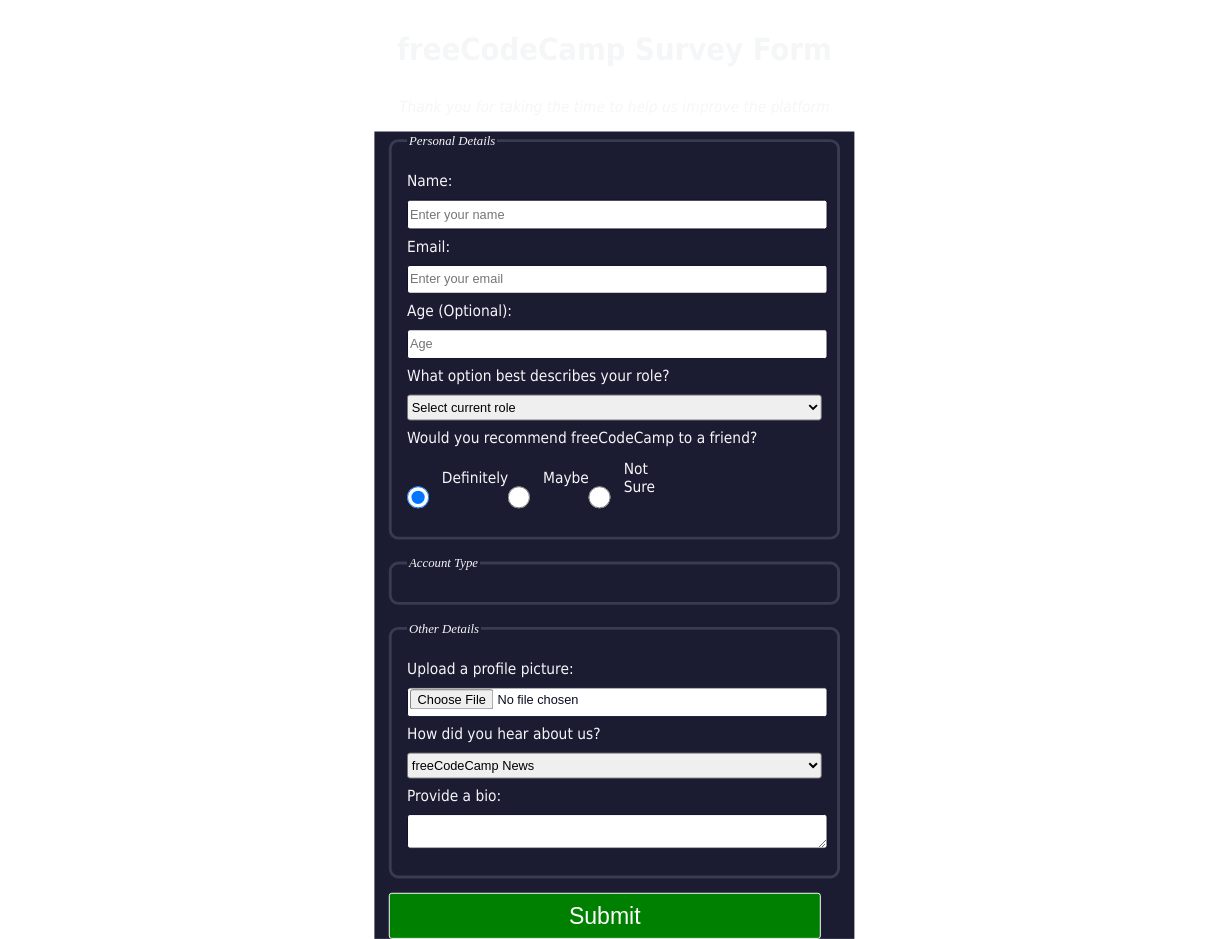
Repository: Lungdjos/survey_form_certification
Page: index.html
These files come from the project's save history. The page is drawn as it stood at one moment and after a run of saves; the edit follows.
The browser window is 1280 px wide. The pictures show the whole page, at 96% of full size.

Above is the page before, as saved 2023-09-30 03:59:07.

After the next 3 saves:
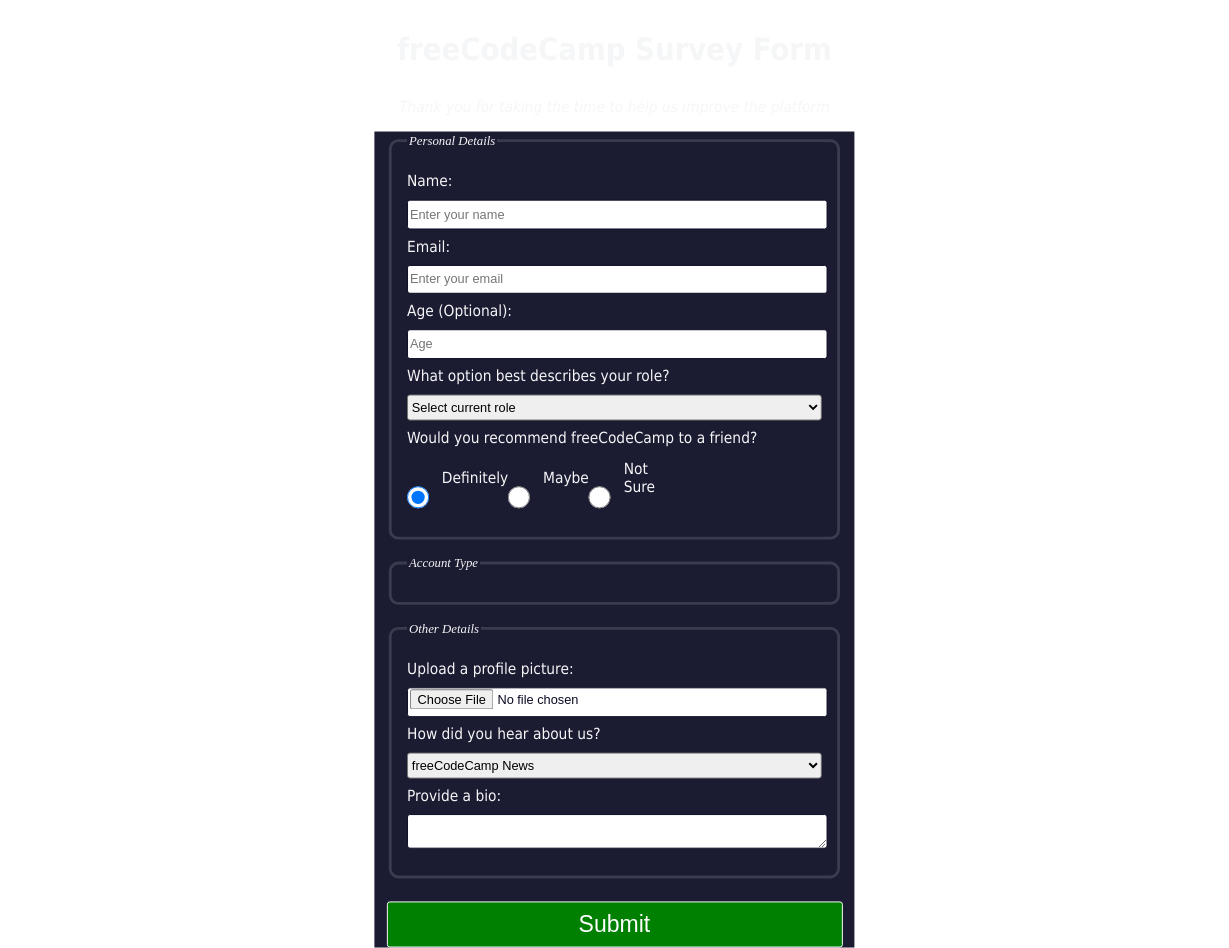
The 3 saves are shown as one change because they came seconds apart.
The last was saved 14 s later.
--- a/styles.css
+++ b/styles.css
@@ -142,8 +142,8 @@
 
 input[name="submit"] {
     display: block;
-    width: 90%;
-    margin: 15px;
+    width: 95%;
+    margin: 1em auto;
     height: 2em;
     font-size: 1.5rem;
     background-color: green;
